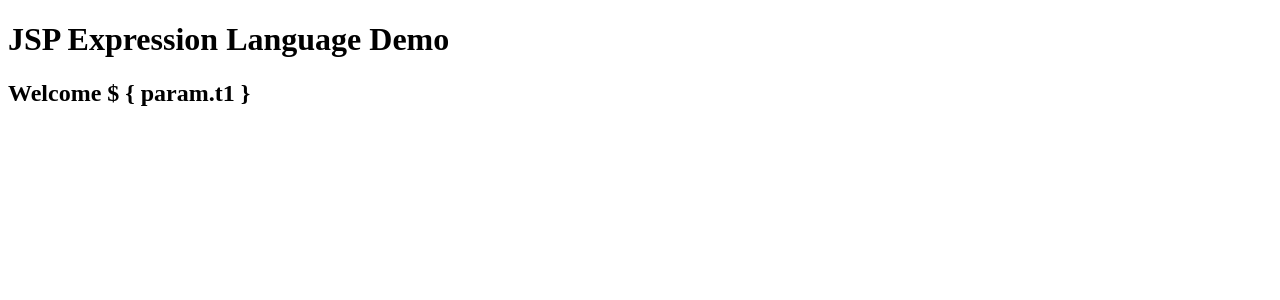
Repository: adityaram1987/git-repos
Page: http://localhost/demoWeb/xyz.jsp
The author's editor kept a copy of each file at every save. The page is drawn from the files as they stood at one save, then again after the next save.
The browser window is 1280 px wide. The pictures show the whole page.
The page is served by Tomcat 9.

Above is the page before, as saved 2019-07-10 10:29:24.

After the next save:
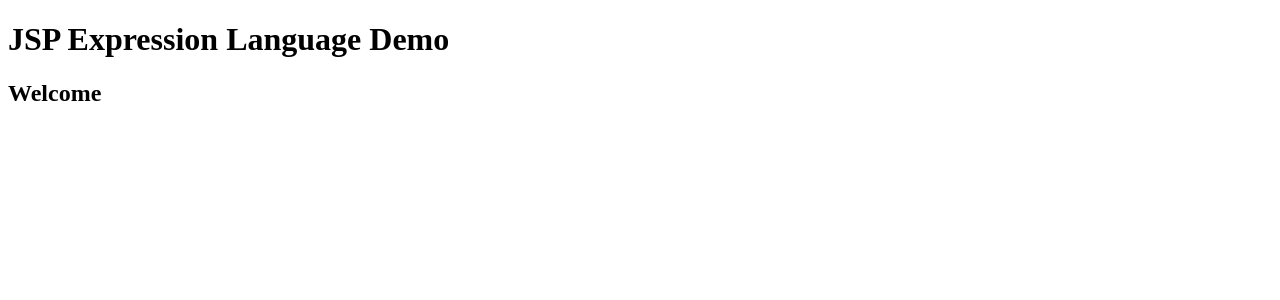
Saved 29 s later.
--- a/eclipse-workspace/demoWeb/WebContent/xyz.jsp
+++ b/eclipse-workspace/demoWeb/WebContent/xyz.jsp
@@ -8,6 +8,6 @@
 </head>
 <body>
 <h1>JSP Expression Language Demo</h1>
-<h2>Welcome $ { param.t1 }</h2>
+<h2>Welcome ${ param.t1 }</h2>
 </body>
 </html>
